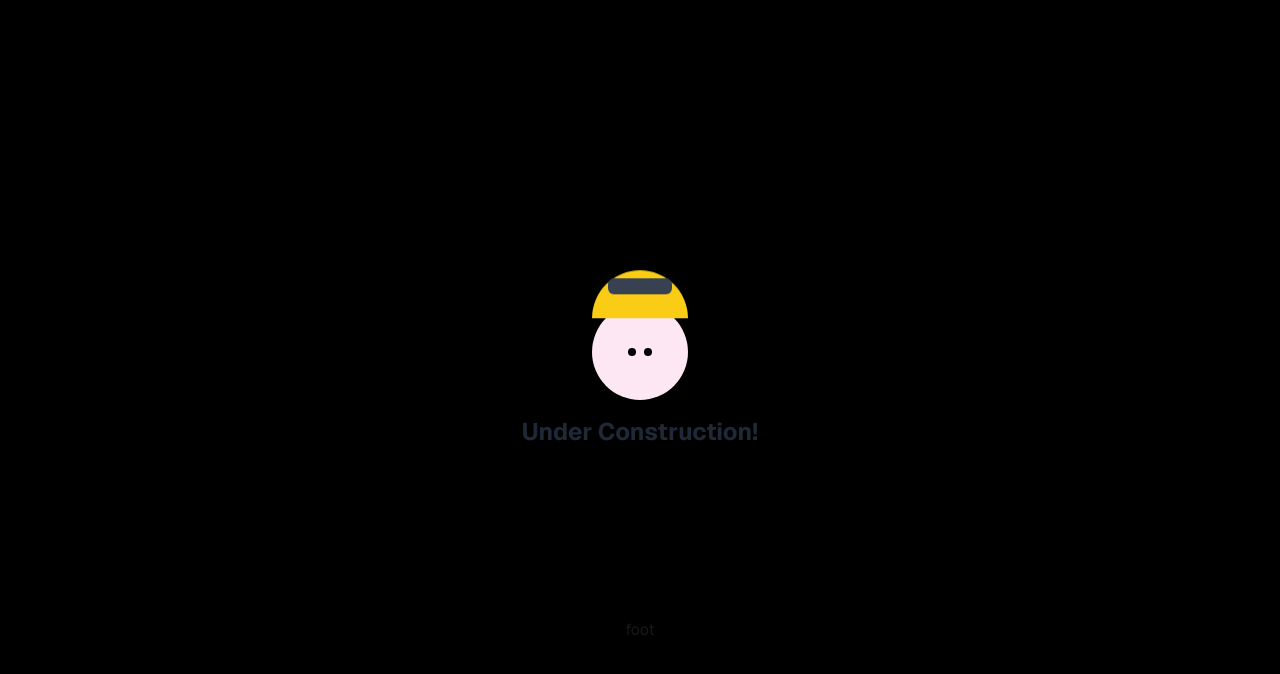
Repository: madelinestruthers/portfolio
Page: / (app in madeline-struthers-portfolio/)
The author's editor kept a copy of each file at every save. The page is drawn from the files as they stood at one save, then again after the next save.
The browser window is 1280 px wide. The pictures show the whole page.
The project was rebuilt for these pictures with package versions that can differ from the ones it lists, and the page was loaded fresh each time. The framework's server and built-in components were replaced by stand-ins that run in the browser. Also part of the build but not shown: madeline-struthers-portfolio/next.config.mjs.

Above is the page before, as saved 2025-01-10 19:59:15.

After the next save:
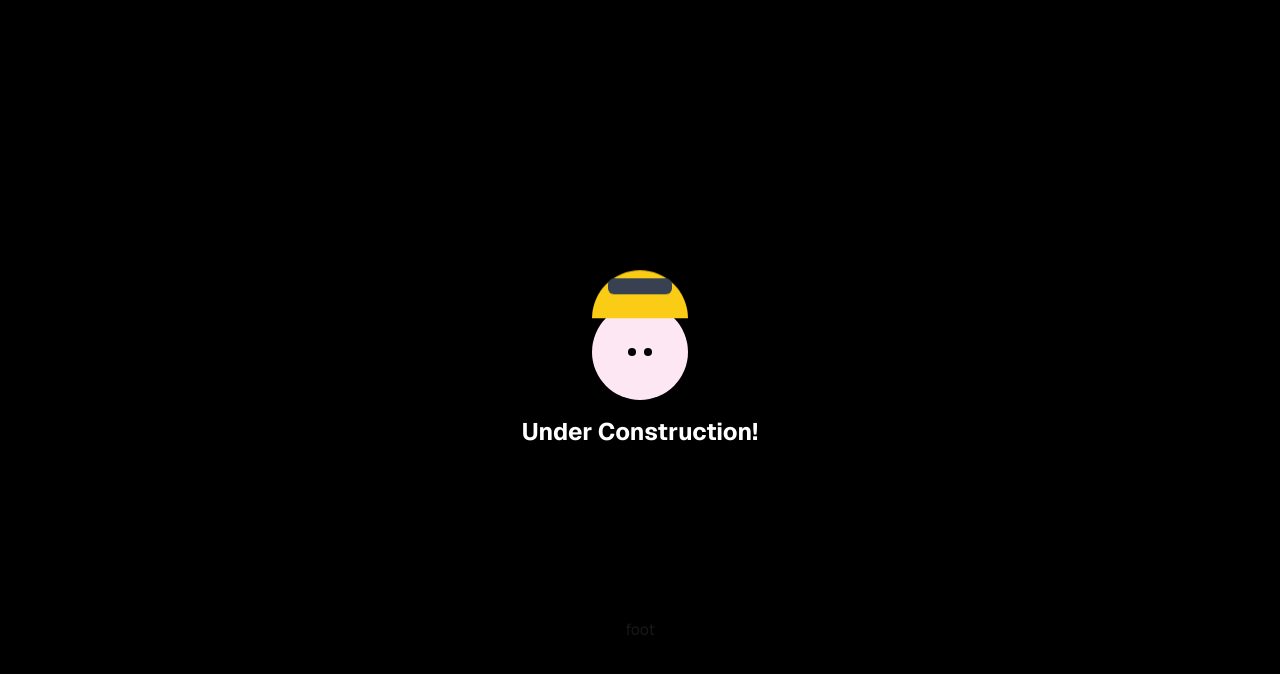
Saved 11 s later.
--- a/madeline-struthers-portfolio/src/app/page.js
+++ b/madeline-struthers-portfolio/src/app/page.js
@@ -18,7 +18,7 @@ export default function Home() {
             </div>
           </div>
           {/* Text */}
-          <div className="text-2xl font-bold text-gray-800">
+          <div className="text-2xl font-bold text-white">
             Under Construction!
           </div>
         </div>
